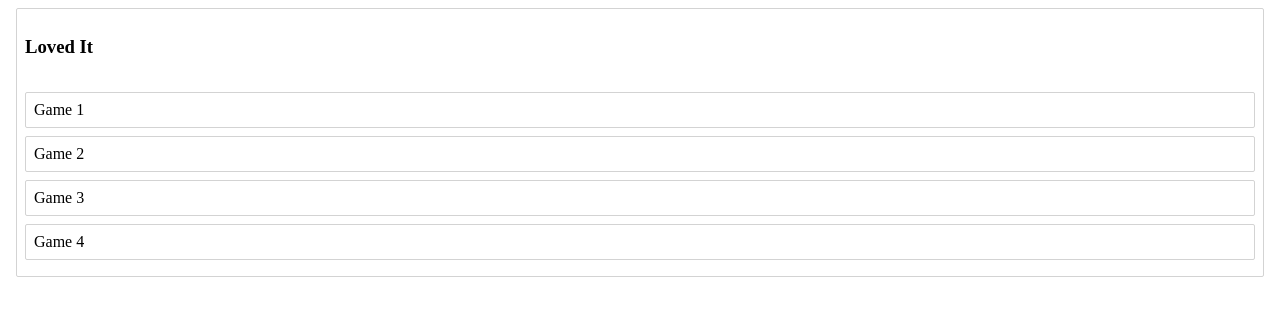
Repository: akiachenise/akiachenise.github.io
Page: / (app in JackboxGames_TierList_vanilla/tier-ranking/tier-list-app/)
The author's editor kept a copy of each file at every save. The page is drawn from the files as they stood at one save, then again after the next save.
The browser window is 1280 px wide. The pictures show the whole page.
The project was rebuilt for these pictures with package versions that can differ from the ones it lists, and the page was loaded fresh each time.

Above is the page before, as saved 2022-11-29 18:26:54.

### JackboxGames_TierList_vanilla/tier-ranking/tier-list-app/src/index.js
import React from 'react';
import ReactDOM from 'react-dom';
import '@atlaskit/css-reset';
import { DragDropContext } from 'react-beautiful-dnd';
import Column from './column'
import initialData from './initial-data';

class App extends React.Component {
  state = initialData

  onDragEnd = result => {
    const {destination, source, draggableId } = result;

    if(!destination) {
      return;
    }

    if (destination.droppableId === source.droppableId && destination.index === source.index) {
      return;
    }

    const column = this.state.columns[source.droppableId];
    const newTaskIds = Array.from(column.taskIds);
    newTaskIds.splice(source.index, 1);
    newTaskIds.splice(destination.index, 0, draggableId);

    const newColumn = {
      ...column,
      taskIds: newTaskIds,
    };

    const newState = {
      ...this.state,
      columns: {
        ...this.state.columns,
        [newColumn.id]: newColumn,
      },
    };

    this.setState(newState);
  }
  render() {
    return (

    <DragDropContext onDragEnd={this.onDragEnd}>
    {this.state.columnOrder.map((columnId) => {
      const column = this.state.columns[columnId];
      const tasks = column.taskIds.map(taskId => this.state.tasks[taskId]);

      return <Column key={column.id} column={column} tasks={tasks} />;
    })}
    </DragDropContext>
    );
  }
}

ReactDOM.render(<App />, document.getElementById('root'));

### JackboxGames_TierList_vanilla/tier-ranking/tier-list-app/src/column.js
import React from 'react';
import styled from 'styled-components';
import { Droppable } from 'react-beautiful-dnd';
import Task from './task';

const Container = styled.div`
  margin: 8px;
  border: 1px solid lightgrey;
  border-radius: 2px;
`;
const Title = styled.h3`
  padding: 8px;
`;
const TaskList = styled.div`
  padding: 8px;
`;

export default class Column extends React.Component {
  render() {
    return (
      <Container>
        <Title>{this.props.column.title}</Title>
        <Droppable droppableId={this.props.column.id}>
          {provided =>
            <TaskList
              ref={provided.innerRef}
              {...provided.droppableProps}
            >
              {this.props.tasks.map((task, index) => (
                <Task key={task.id} task={task} index={index} />
              ))}
              {provided.placeholder}
            </TaskList>
          }
        </Droppable>
      </Container>
    );
  }
}

### JackboxGames_TierList_vanilla/tier-ranking/tier-list-app/src/initial-data.js
const initialData = {
    tasks: {
      'task-1': { id: 'task-1', content: 'Game 1' },
      'task-2': { id: 'task-2', content: 'Game 2' },
      'task-3': { id: 'task-3', content: 'Game 3' },
      'task-4': { id: 'task-4', content: 'Game 4' },
    },
    columns: {
      'column-1': {
        id: 'column-1',
        title: 'Loved It',
        taskIds: ['task-1', 'task-2', 'task-3', 'task-4'],
      }
    },
    // Facilitate reordering of the columns
    columnOrder: [ 'column-1']
  };

  export default initialData;

### JackboxGames_TierList_vanilla/tier-ranking/tier-list-app/src/task.jsx
import React from 'react';
import styled from 'styled-components';
import { Draggable } from 'react-beautiful-dnd';

const Container = styled.div`
  border: 1px solid lightgrey;
  border-radius: 2px;
  padding: 8px;
  margin-bottom: 8px;
  background-color: white;
`;

export default class Task extends React.Component {
  render() {
    return (
    <Draggable draggableId={this.props.task.id} index={this.props.index}>
      {provided => (
        <Container
          ref={provided.innerRef}
          {...provided.draggableProps}
          {...provided.dragHandleProps}
        >
          {this.props.task.content}
        </Container>
      )}
    </Draggable>
    );
  }
}

Loaded but not shown: JackboxGames_TierList_vanilla/tier-ranking/tier-list-app/public/index.html (common file)

After the next save:
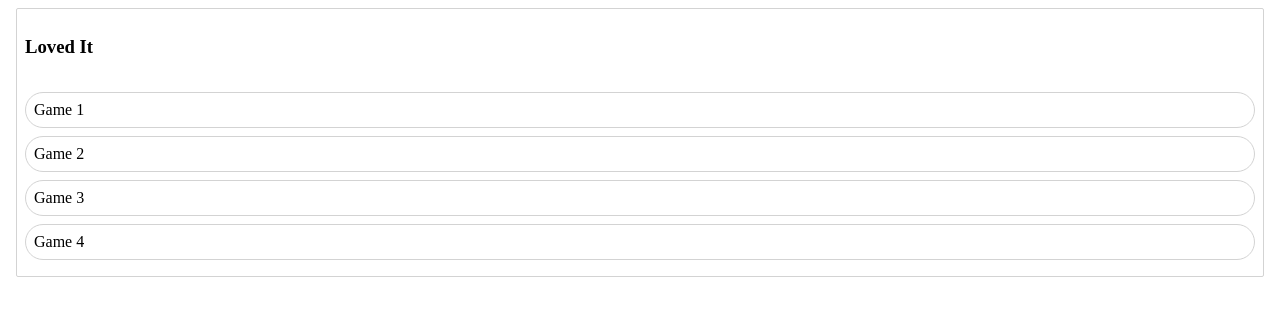
Saved 12 s later.
--- a/JackboxGames_TierList_vanilla/tier-ranking/tier-list-app/src/task.jsx
+++ b/JackboxGames_TierList_vanilla/tier-ranking/tier-list-app/src/task.jsx
@@ -4,7 +4,7 @@ import { Draggable } from 'react-beautiful-dnd';
 
 const Container = styled.div`
   border: 1px solid lightgrey;
-  border-radius: 2px;
+  border-radius: 20px;
   padding: 8px;
   margin-bottom: 8px;
   background-color: white;

After the save that followed:
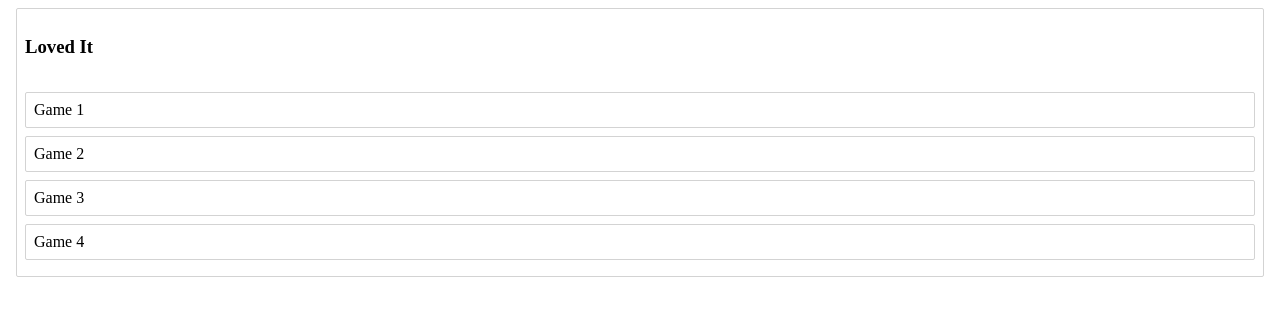
Saved 10 s later.
--- a/JackboxGames_TierList_vanilla/tier-ranking/tier-list-app/src/task.jsx
+++ b/JackboxGames_TierList_vanilla/tier-ranking/tier-list-app/src/task.jsx
@@ -4,7 +4,7 @@ import { Draggable } from 'react-beautiful-dnd';
 
 const Container = styled.div`
   border: 1px solid lightgrey;
-  border-radius: 20px;
+  border-radius: 2px;
   padding: 8px;
   margin-bottom: 8px;
   background-color: white;
